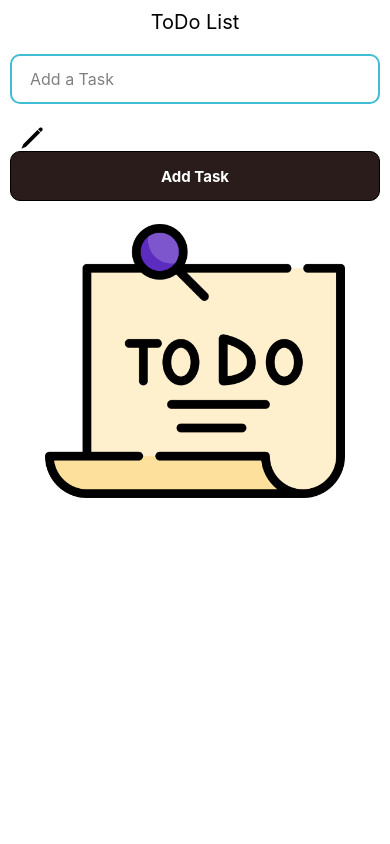
Repository: raisingh22/Projects
Screen: /
These files come from the project's save history. The screen is drawn as it stood at one moment and after the next save; the edit follows.
The app was drawn by React Native's web renderer in a window 390 px wide. The project was rebuilt for these pictures with package versions that can differ from the ones it lists, and the page was loaded fresh each time.

Above is the screen before, as saved 2024-01-22 14:06:07.

### App.js
import { View, Text, SafeAreaView } from 'react-native'
import React from 'react'
import ToDo from './src/ToDoList/screens/ToDo'

const App = () => {
  return (
   <SafeAreaView style={{
    flex:1
   }}>
     <ToDo/>
   </SafeAreaView>
  )
}

export default App

### src/ToDoList/screens/ToDo.js
import {StyleSheet, Text, TextInput, View} from 'react-native';
import React, {useState} from 'react';
import MyBtn from '../../components/MyBtn';
import MyFlatList from '../../components/MyFlatList';
import Icon from 'react-native-vector-icons/Ionicons';
import Icons from 'react-native-vector-icons/MaterialIcons';
import Fallback from '../../components/Fallback';

// import {IconButton} from 'react-native-paper';
const DummyData = [
  {
    id: '1',
    name: 'Wash Car',
  },
  {
    id: '2',
    name: 'Dusting',
  },
];
const ToDo = () => {
  const [toDo, setToDo] = useState('');
  const [data, setData] = useState([]);
  const [editTodo , setEditTodo] = useState(null);

  const handleAdd = () => {
    if(toDo === ''){
        return
    }
    setData([
      ...data,
      {
        id: Date.now(),
        title: toDo,
      },
    ]);
  };
  const handleEdit = toDo =>{

    setEditTodo(toDo)
    setToDo(toDo.title)

  }
  const handleUpdate = ()=>{
    const updateTodo = data.map((item)=>{
        if(item.id === editTodo.id) {
            return {...item, title: toDo}
        }
        return item

    })
    setData(updateTodo)
    setEditTodo(null)
    setToDo('')

  }
  const handleDeleteTodo = id => {
    const updateTodo = data.filter(toDo => toDo.id !== id);
    setData(updateTodo);
    console.log(data.length);
  };
  return (
    <View
      style={{
        margin: 10,
      }}>
      <Text style={{
        textAlign:'center',
        fontSize:20
      }}>ToDo List</Text>
      <View style={{
        // flexDirection:'row',
      }}>
      <TextInput
        placeholder="Add a Task"
        placeholderTextColor={'grey'}
        style={styles.textInput}
        value={toDo}
        onChangeText={text => setToDo(text)}
      />
       <Icon
              name="pencil"
              size={25}
              color='black'
              style={{
                marginHorizontal: 10,
              }}
              onPress={() => handleEdit(item)}
            />
      </View>
       {
        editTodo ?
        <MyBtn
        text={'Edit Task'}
        onPress={() => handleUpdate()}
        btnStyle={{backgroundColor: '#291c1a'}}
        textStyle={{
          fontSize: 15,
          fontWeight: 'bold',
        }}
      /> :
      <MyBtn
        text={'Add Task'}
        onPress={() => handleAdd()}
        btnStyle={{backgroundColor: '#291c1a'}}
        textStyle={{
          fontSize: 15,
          fontWeight: 'bold',
        }}
      />
      }
      <MyFlatList
        data={data}
        renderItem={(item, index) => (
          <View
            style={{
              flexDirection: 'row',
              alignItems: 'center',
              padding: 15,
              borderWidth: 1,
              marginVertical: 5,
              borderRadius: 10,
              marginHorizontal: 10,
              backgroundColor: index % 2 === 0 ? '#d4a7a1' : '#1cd9cf',
              shadowColor:'#000',
              shadowOffset:{
                  width:0,
                  height:1
              },
              shadowOpacity:1,
              shadowRadius:4
            }}>
            <Text
              style={{
                fontWeight: '800',
                fontSize: 19,
                color: 'black',
                flex: 1,
              }}>
              {item.title}
            </Text>
            <Icon
              name="pencil"
              size={25}
              style={{
                marginHorizontal: 10,
              }}
              onPress={() => handleEdit(item)}
            />
            <Icons
              name="delete"
              size={25}
              onPress={() => handleDeleteTodo(item.id)}
            />
          </View>
        )}
      />
      {
        data.length <=0 && <Fallback/>
      }
    </View>
  );
};

export default ToDo;

const styles = StyleSheet.create({
  textInput: {
    width: '100%',
    height: 50,
    marginVertical: 20,
    borderWidth: 2,
    paddingVertical: 14,
    paddingHorizontal: 18,
    fontSize: 16,
    borderColor: '#40bdd4',
    borderRadius: 10,
    color: 'red',

  },
});

### src/components/MyBtn.js
import {StyleSheet, Text, TouchableOpacity, View} from 'react-native';
import React from 'react';

const MyBtn = ({text, onPress, btnStyle , textStyle}) => {
  return (
    <TouchableOpacity style={[styles.btn, btnStyle]} onPress={onPress}>
      <Text style={[styles.btnText, textStyle]} >{text}</Text>
    </TouchableOpacity>
  );
};

export default MyBtn;

const styles = StyleSheet.create({
  btn: {
    width: '100%',
    height: 50,
    backgroundColor: 'black',
    borderWidth: 1,
    borderRadius: 10,
    alignItems: 'center',
    justifyContent: 'center',
  },
  btnText: {
    color: 'white',
    // You can add more text styles here if needed
  },
});

### src/components/MyFlatList.js
import {FlatList, StyleSheet, Text, View} from 'react-native';
import React from 'react';

const MyFlatList = ({data, renderItem = (item, index) => {}, bounces}) => {
  return (
    <FlatList
      bounces={bounces}
      data={data}
      renderItem={({item, index}) => renderItem(item, index)}
      keyExtractor={item => item.id.toString()}
      style={styles.list}
    />
  );
};

export default MyFlatList;

const styles = StyleSheet.create({
  list: {
    marginVertical: 5,
    // flex: 1, // Example: Expand the FlatList to fill available space
    // backgroundColor: 'lightgray', // Example: Set background color
    // height:"50%"
  },
});

### src/components/Fallback.js
import {Image, StyleSheet, Text, View} from 'react-native';
import React from 'react';

const Fallback = () => {
  return (
    <View
      style={{
        alignItems: 'center',
      }}>
      <Image
        //  resizeMode="center"
        style={{
          height: 300,
          width: 300,
        }}
        source={require('../asstes/to-do-list.png')}
      />
    </View>
  );
};

export default Fallback;

const styles = StyleSheet.create({});

After the next save:
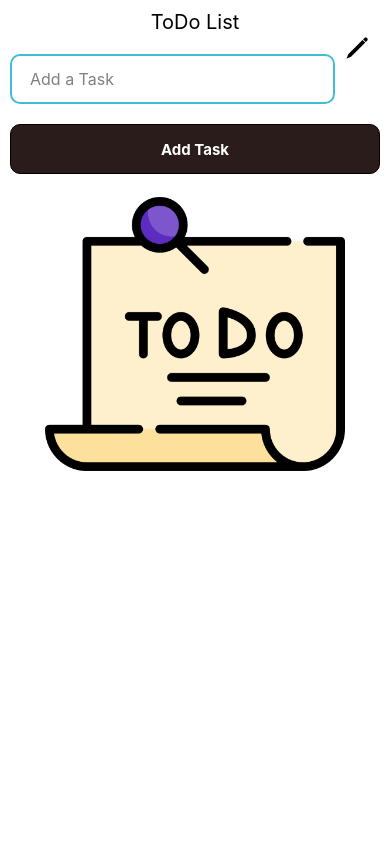
Saved 9 s later.
--- a/src/ToDoList/screens/ToDo.js
+++ b/src/ToDoList/screens/ToDo.js
@@ -68,7 +68,7 @@ const ToDo = () => {
         fontSize:20
       }}>ToDo List</Text>
       <View style={{
-        // flexDirection:'row',
+        flexDirection:'row',
       }}>
       <TextInput
         placeholder="Add a Task"
